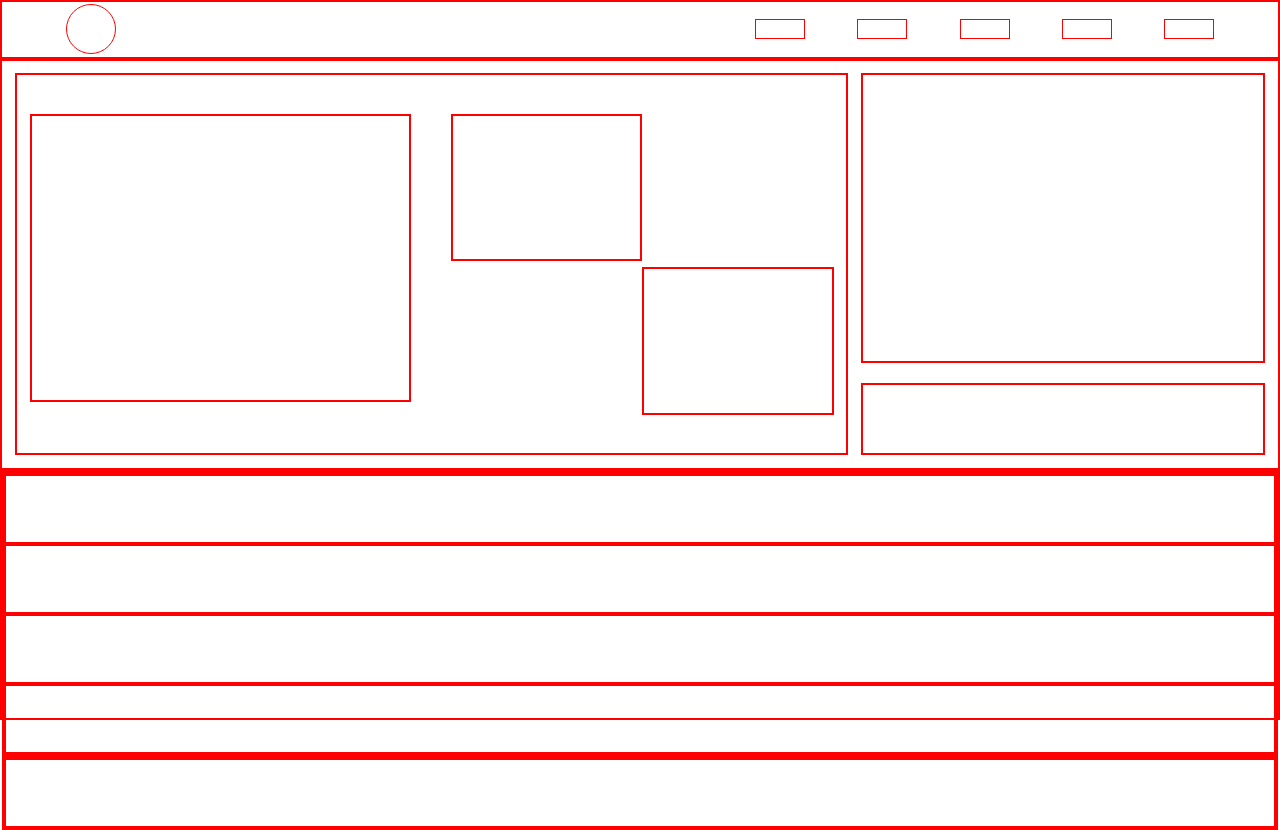
Repository: archangel88/elbrus_homework
Page: phase-0/week-3/day-4/flexbox/index.html
An editor plug-in stored every save of this project. The page is shown before and after the next save, followed by the edit.
The browser window is 1280 px wide. The pictures show the whole page.

Above is the page before, as saved 2025-10-10 00:33:50.

After the next save:
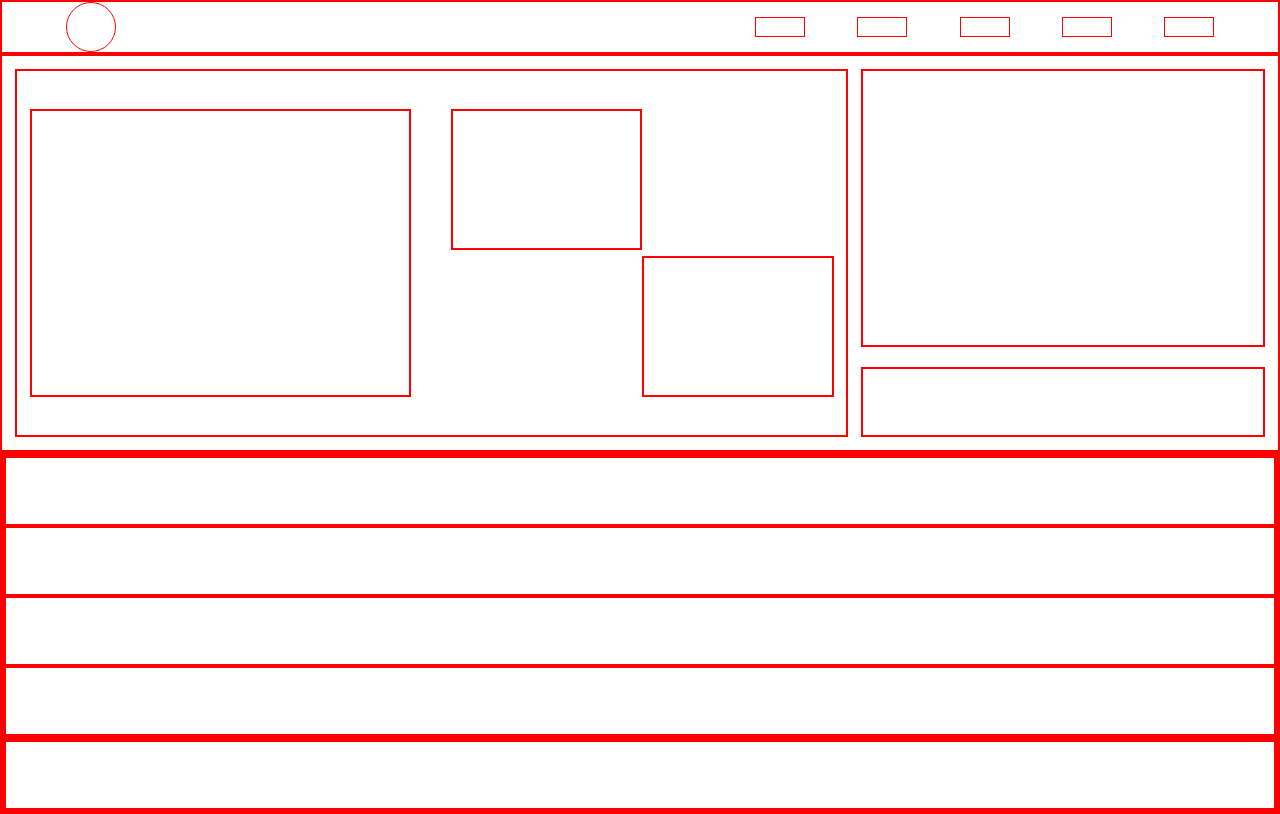
Saved 23 s later.
--- a/phase-0/week-3/day-4/flexbox/css/styles.css
+++ b/phase-0/week-3/day-4/flexbox/css/styles.css
@@ -108,7 +108,7 @@ header {
 
 .footer{
     border: 2px solid red;
-    height: 250px;
+    height: 400px;
 }
 
 .footer .block{
